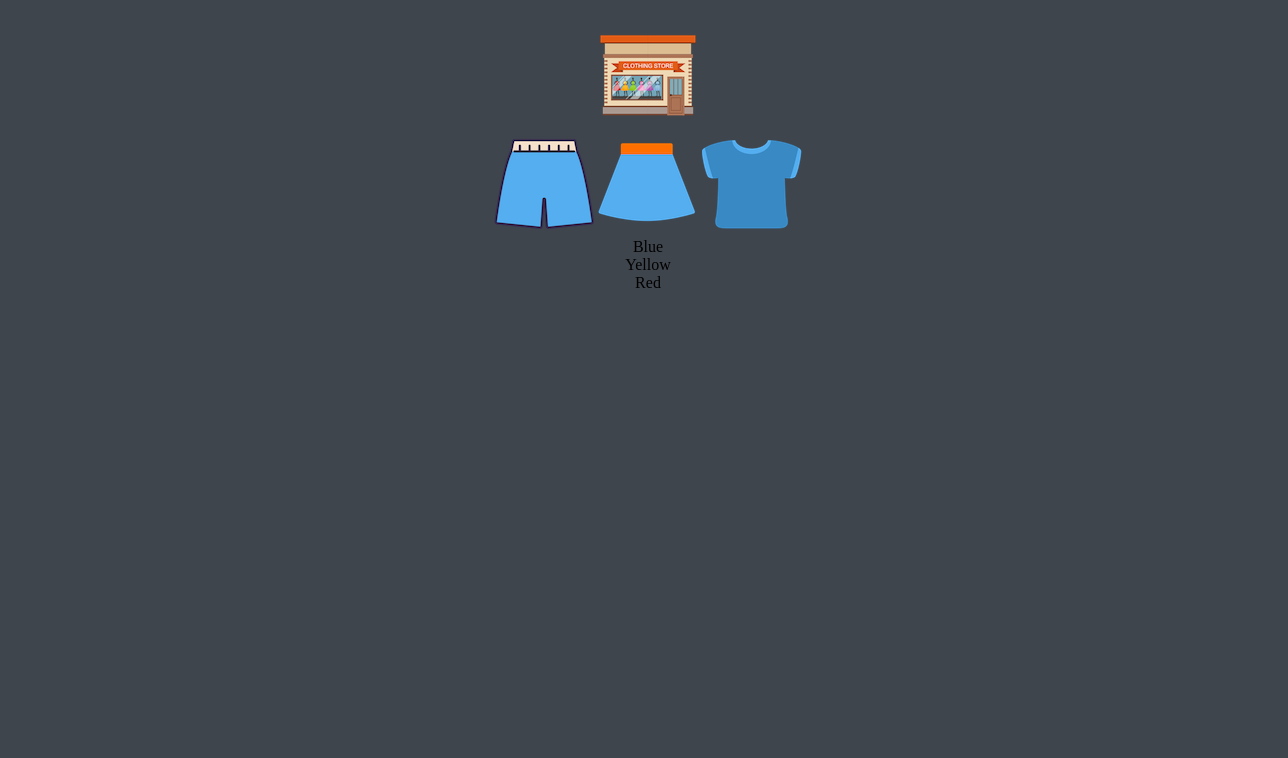
Repository: Jay-JYKim91/elle-shopping-mall
Page: index.html
The author's editor kept a copy of each file at every save. The page is drawn from the files as they stood at one save, then again after the next save.
The browser window is 1280 px wide. The page is 1288 px wide, so the pictures cover 1288 px, including what lies to the right of the window. The pictures show the whole page.

Above is the page before, as saved 2021-07-26 19:27:02.

### index.html
<!DOCTYPE html>
<html lang="en">
  <head>
    <meta charset="UTF-8" />
    <meta name="viewport" content="width=device-width, initial-scale=1.0" />
    <title>Online Shopping</title>
    <link rel="stylesheet" href="style.css" />
    <script src="src/main.js" defer></script>
  </head>
  <body>
    <div class="container">
      <div class="logo">
        <img src="./img/logo.png" alt="logo">
      </div>
      <div class="options">
        <img src="./img/blue_p.png" alt="">
        <img src="./img/blue_s.png" alt="">
        <img src="./img/blue_t.png" alt="">
        <div class="color-box blue">Blue</div>
        <div class="color-box yellow">Yellow</div>
        <div class="color-box red">Red</div>
      </div>
      <div class="lists">

      </div>
    </div>
  </body>
</html>

### style.css
:root {
  /* color */
  --color-black: #3f454d;
  --color-white: #ffffff;
  --color-blue: #3b88c3;
  --color-yellow: #fbbe28;
  --color-pink: #fd7f84;
  --color-light-grey: #dfdfdf;
}

* {
  box-sizing: border-box;
}
body {
  background-color: var(--color-black);
  height: 100vh;
  width: 100vw;
}
.container {
  text-align: center;
  width: 50vw;
  height: 70vh;
  margin: 30px auto;
}

Loaded but not shown: src/main.js (no copy from this time; the picture is the same without it)

After the next save:
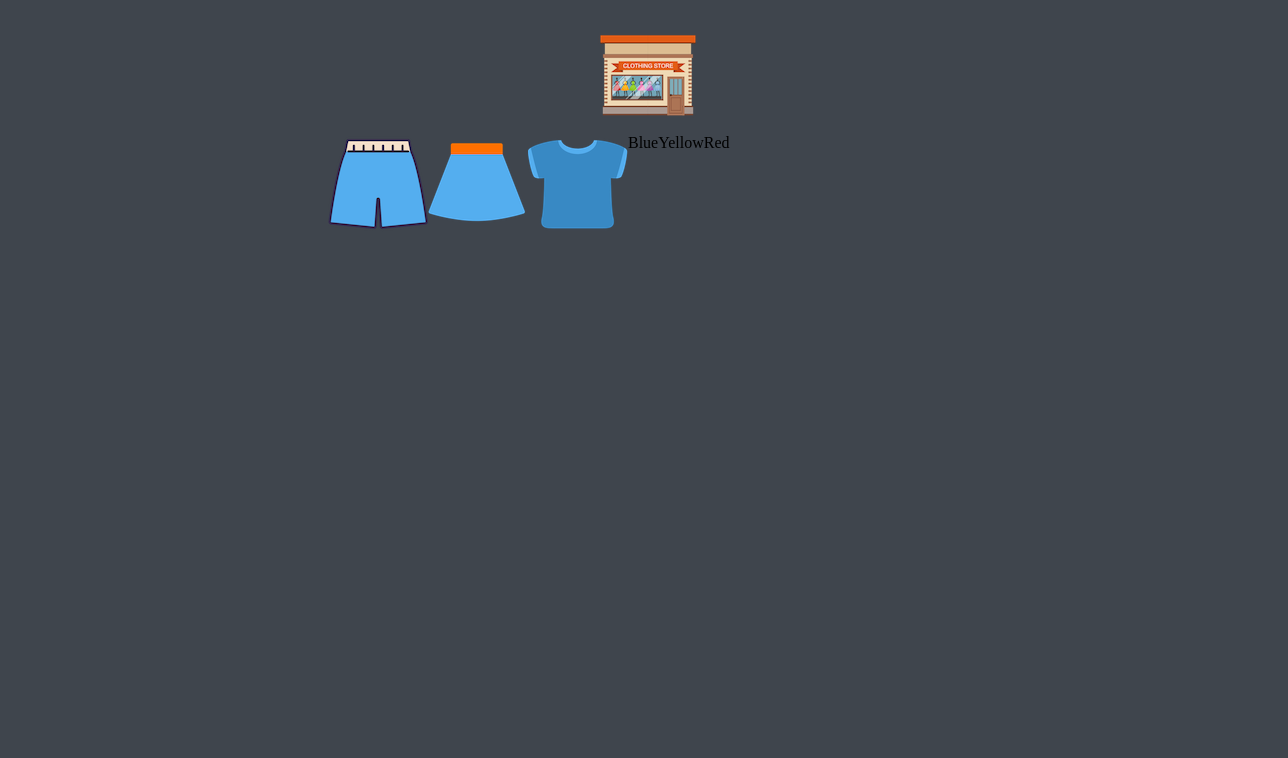
Saved 2 min 40 s later.
--- a/style.css
+++ b/style.css
@@ -22,3 +22,6 @@ body {
   height: 70vh;
   margin: 30px auto;
 }
+.options {
+  display: flex;
+}
